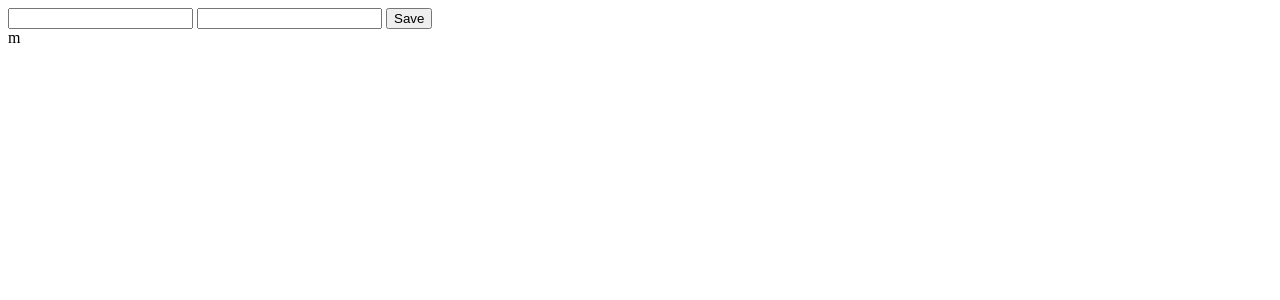
Repository: minhtuan16/JS-Basic
Page: JavaScript Begin/htmldom.html
The author's editor kept a copy of each file at every save. The page is drawn from the files as they stood at one save, then again after the next save.
The browser window is 1280 px wide. The pictures show the whole page.

Above is the page before, as saved 2022-06-03 19:23:13.

### JavaScript Begin/htmldom.html
<!DOCTYPE html>
<html lang="en">
<head>
    <meta charset="UTF-8">
    <meta http-equiv="X-UA-Compatible" content="IE=edge">
    <meta name="viewport" content="width=device-width, initial-scale=1.0">
    <title>Document</title>
</head>
<body>
    <form action="" id="form">
        <input type="text" id="id">
        <input type="text" id="name">
        <button id="saveBtn">Save</button>
    </form>
</body>
</html>m

After the next save:
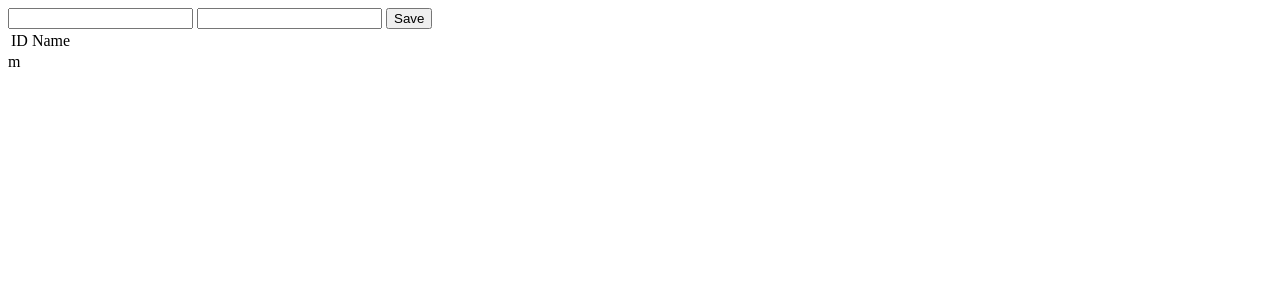
Saved 59 s later.
--- a/JavaScript Begin/htmldom.html
+++ b/JavaScript Begin/htmldom.html
@@ -12,5 +12,15 @@
         <input type="text" id="name">
         <button id="saveBtn">Save</button>
     </form>
+    <table>
+        <tr>
+            <td>ID</td>
+            <td>Name</td>
+        </tr>
+
+        <tbody id="tableBody">
+
+        </tbody>
+    </table>
 </body>
 </html>m
